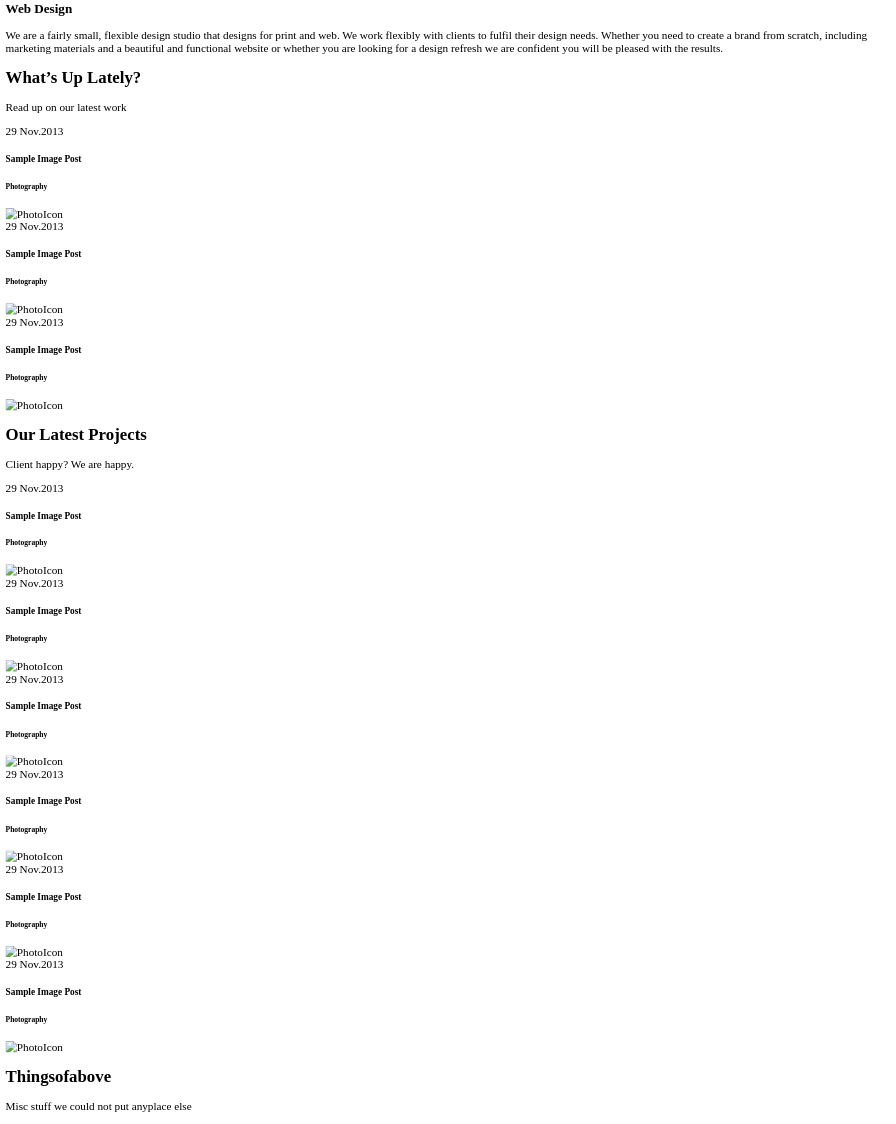
Repository: NelsonLiz/LAB_03---Project_1
Page: index.html
An editor plug-in stored every save of this project. The page is shown before and after the next save, followed by the edit.
The browser window is 1280 px wide. The pictures show the part of the page from y = 663 to 2583 px (the page is 2269 px tall before and 2583 px after), at 70% of full size.

Above is the page before, as saved 2022-01-25 10:23:37.

### index.html
<!DOCTYPE html>
<html lang="en">
<head>
    <meta charset="UTF-8">
    <meta http-equiv="X-UA-Compatible" content="IE=edge">
    <meta name="viewport" content="width=device-width, initial-scale=1.0">
    <title>Metrolics</title>
</head>
<body>
    <div id="NavigationBar">
        <h1>Metrolics</h1>
        <img src="" alt="MetrolicsLOGO">
        <div class="buttons">
            <button id="Home">Home</button>
            <button id="Pages">Pages</button>
            <button id="Blog">Blog</button>
            <button id="Portfolio">Portfolio</button>
            <button id="Email">Email</button>
        </div>
    </div>
    <div id="SlidableImages">
        <div>MetroStyle</div>
        <div>RetinaReady</div>
        <div>ResponsiveDesign</div>
        <div id="left"></div>
        <div id="right"></div>
        <img src="" alt="Minion!">
    </div>
    <div id="Main">
        <div>
            <h2>Hey guys! This is the Metrolics theme.
It sports a responsive layout with a mobile layout.</h2>
        </div>
        <div id="services">
            <h3>Things That We Do</h3>
            <h6>Ask us what we can do for you</h6>
            <img src="" alt="WebSolutions">
            <img src="" alt="Photography">
            <img src="" alt="WebDevelopment">
            <img src="" alt="WebDesign">
            <h3>Web Solutions</h3>
                <p>We are a fairly small, flexible design studio that designs for print and web. We work flexibly with clients to fulfil their design needs. Whether you need to create a brand from scratch, including marketing materials and a beautiful and functional website or whether you are looking for a design refresh we are confident you will be pleased with the results.</p>
            <h3>Photography</h3>
                <p>We are a fairly small, flexible design studio that designs for print and web. We work flexibly with clients to fulfil their design needs. Whether you need to create a brand from scratch, including marketing materials and a beautiful and functional website or whether you are looking for a design refresh we are confident you will be pleased with the results.</p>
            <h3>Web Development</h3>
                <p>We are a fairly small, flexible design studio that designs for print and web. We work flexibly with clients to fulfil their design needs. Whether you need to create a brand from scratch, including marketing materials and a beautiful and functional website or whether you are looking for a design refresh we are confident you will be pleased with the results.</p>
            <h3>Web Design</h3>
                <p>We are a fairly small, flexible design studio that designs for print and web. We work flexibly with clients to fulfil their design needs. Whether you need to create a brand from scratch, including marketing materials and a beautiful and functional website or whether you are looking for a design refresh we are confident you will be pleased with the results.</p>
        </div>
        <div id="blog">
            <h2>What’s Up Lately?</h2>
            <p>Read up on our latest work</p>
            <span class="blog1">
                <div id="data">29 Nov.2013</div>
                <div>
                    <h5>Sample Image Post</h5>
                    <h6>Photography</h6>
                    <img src="" alt="PhotoIcon">
                </div>
            </span>
            <span class="blog2">
                <div id="data">29 Nov.2013</div>
                <div>
                    <h5>Sample Image Post</h5>
                    <h6>Photography</h6>
                    <img src="" alt="PhotoIcon">
                </div>
            </span>
            <span class="blog3">
                <div id="data">29 Nov.2013</div>
                <div>
                    <h5>Sample Image Post</h5>
                    <h6>Photography</h6>
                    <img src="" alt="PhotoIcon">
                </div>
            </span>
            <div id="line"></div>
            <div id="line2"></div>
        </div>
        <div id="LatestProjects">
            <h2>Our Latest Projects</h2>
            <p>Client happy? We are happy.</p>
            <div id="Projects">
                <span class="blog4">
                    <div id="data">29 Nov.2013</div>
                    <div>
                        <h5>Sample Image Post</h5>
                        <h6>Photography</h6>
                        <img src="" alt="PhotoIcon">
                    </div>
                </span>
                <span class="blog5">
                    <div id="data">29 Nov.2013</div>
                    <div>
                        <h5>Sample Image Post</h5>
                        <h6>Photography</h6>
                        <img src="" alt="PhotoIcon">
                    </div>
                </span>
                <span class="blog6">
                    <div id="data">29 Nov.2013</div>
                    <div>
                        <h5>Sample Image Post</h5>
                        <h6>Photography</h6>
                        <img src="" alt="PhotoIcon">
                    </div>
                </span>
                <span class="blog7">
                    <div id="data">29 Nov.2013</div>
                    <div>
                        <h5>Sample Image Post</h5>
                        <h6>Photography</h6>
                        <img src="" alt="PhotoIcon">
                    </div>
                </span>
                <span class="blog8">
                    <div id="data">29 Nov.2013</div>
                    <div>
                        <h5>Sample Image Post</h5>
                        <h6>Photography</h6>
                        <img src="" alt="PhotoIcon">
                    </div>
                </span>
                <span class="blog9">
                    <div id="data">29 Nov.2013</div>
                    <div>
                        <h5>Sample Image Post</h5>
                        <h6>Photography</h6>
                        <img src="" alt="PhotoIcon">
                    </div>
                </span>
            </div>
        </div>
        <div id="demo">
            <h2>Thingsofabove</h2>
            <p>Misc stuff we could not put anyplace else</p>

        </div>

    </div>
    <div id="Contact"></div>
</body>
</html>

After the next save:
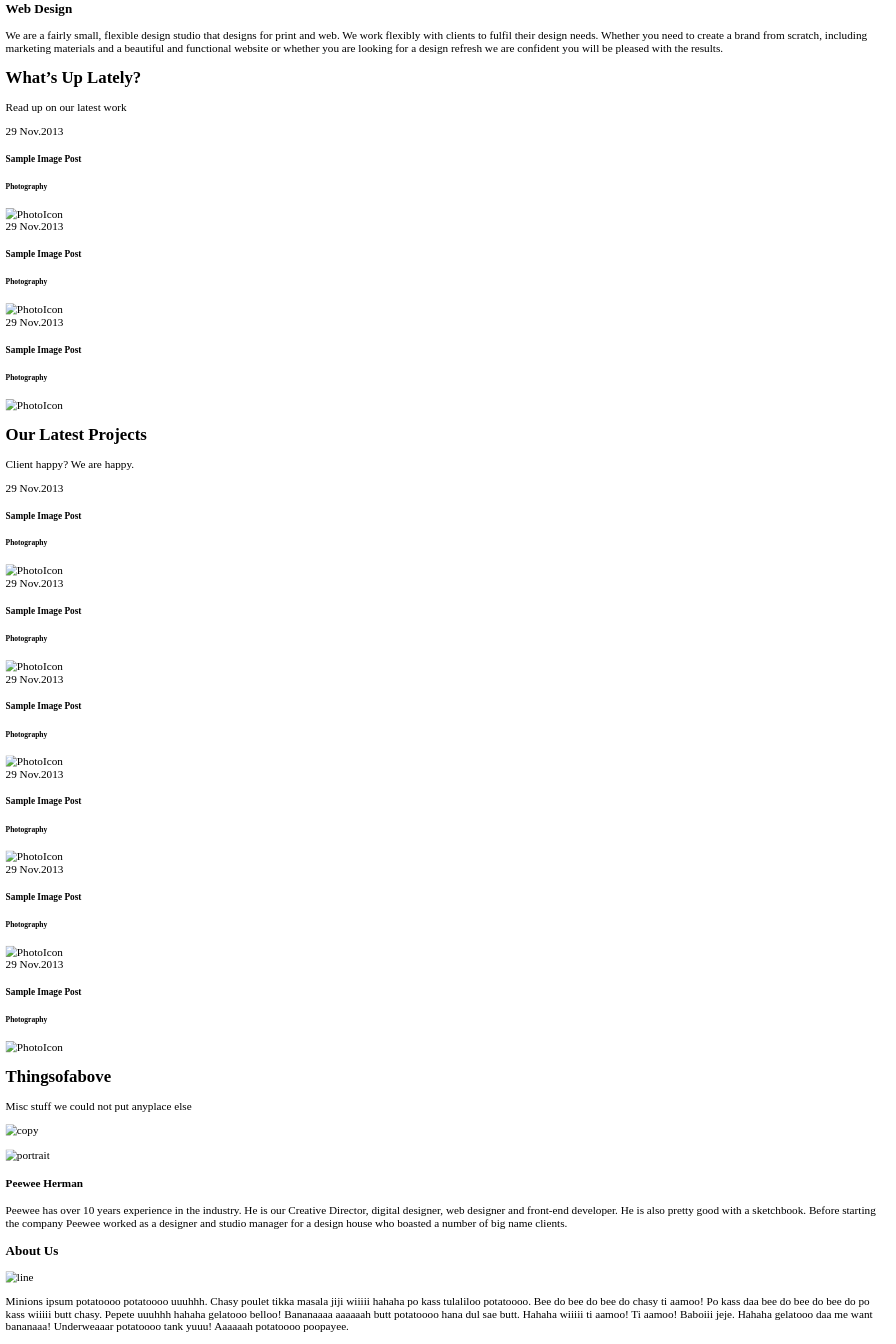
Saved 9 min 37 s later.
--- a/index.html
+++ b/index.html
@@ -134,10 +134,38 @@ It sports a responsive layout with a mobile layout.</h2>
         <div id="demo">
             <h2>Thingsofabove</h2>
             <p>Misc stuff we could not put anyplace else</p>
+            <img src="" alt="copy">
+        </div>
+        <div id="clients">
+            <img src="" alt="">
+            <img src="" alt="">
+            <img src="" alt="">
+            <img src="" alt="">
+            <img src="" alt="">
+        </div>
+    </div>
+    <div id="footer">
+        <div id="header">
+            <img src="" alt="portrait">
+            <h4>Peewee Herman</h4>
+            <p>Peewee has over 10 years experience in the industry. He is our Creative Director, digital designer, web designer and front-end developer. He is also pretty good with a sketchbook. Before starting the company Peewee worked as a designer and studio manager for a design house who boasted a number of big name clients.</p>
+            <div></div>
+            <div></div>
+        </div>
+        <div id="content">
+            <span class="about">
+                <h3>About Us</h3>
+                <img src="" alt="line">
+                <p>Minions ipsum potatoooo potatoooo uuuhhh. Chasy poulet tikka masala jiji wiiiii hahaha po kass tulaliloo potatoooo. Bee do bee do bee do chasy ti aamoo! Po kass daa bee do bee do bee do po kass wiiiii butt chasy. Pepete uuuhhh hahaha gelatooo belloo! Bananaaaa aaaaaah butt potatoooo hana dul sae butt. Hahaha wiiiii ti aamoo! Ti aamoo! Baboiii jeje. Hahaha gelatooo daa me want bananaaa! Underweaaar potatoooo tank yuuu! Aaaaaah potatoooo poopayee. </p>
+                <div class="navbar">
 
+                </div>
+            </span>
+            <span class="flickr"></span>
+            <span class="tweets"></span>
+            <span class="newsletter"></span>
         </div>
-
+        <div id="bg"></div>
     </div>
-    <div id="Contact"></div>
 </body>
 </html>
